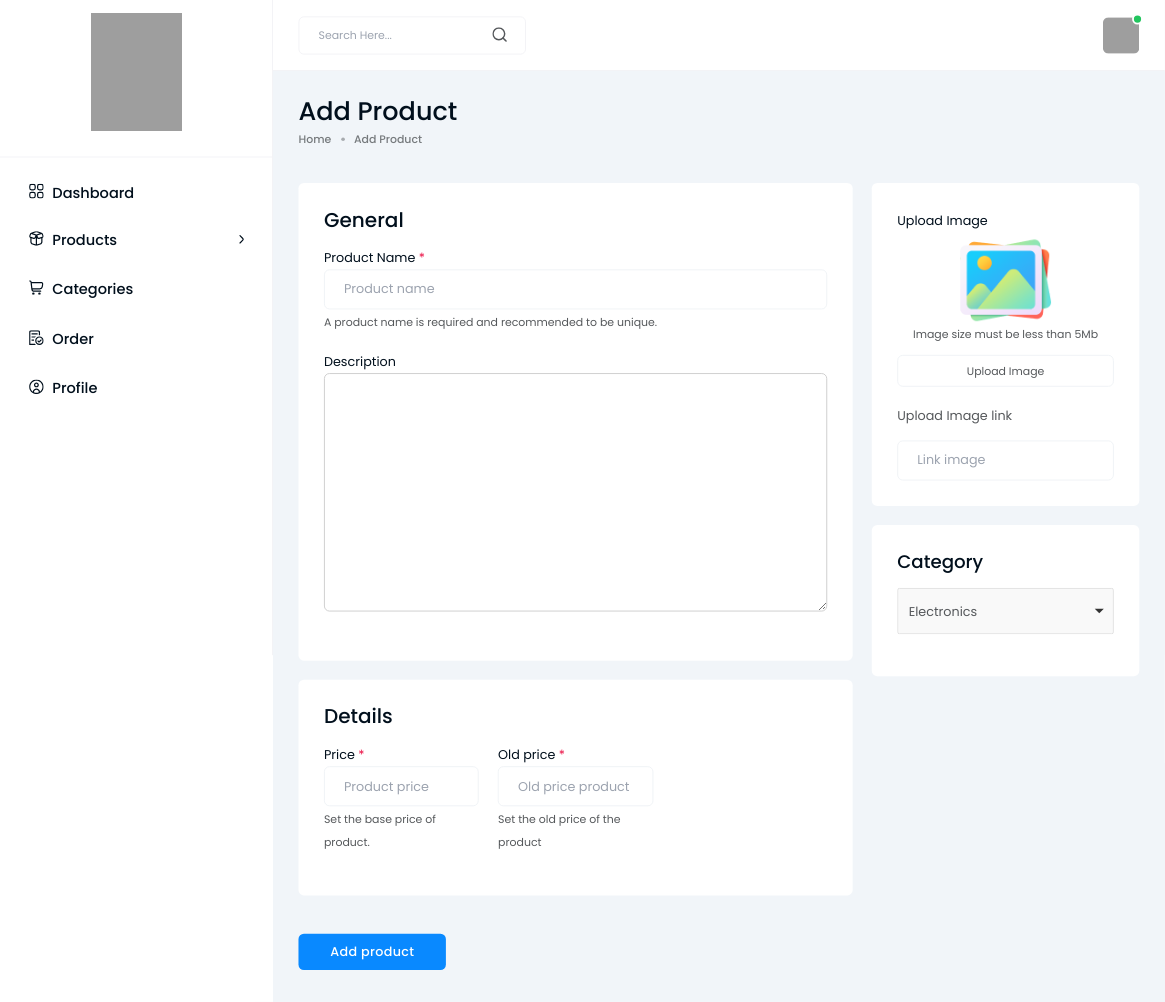
Repository: tienaq123/DuAn_1
Page: http://localhost/Duan1/Admin/add-product.php
These files come from the project's save history. The page is drawn as it stood at one moment and after the next save; the edit follows.
The browser window is 1280 px wide. The pictures show the whole page, at 91% of full size.
Pictures or frames that could not be fetched are drawn as grey boxes. The page is run by PHP 8.4 with error messages shown; the project is at /var/www/html/.

Above is the page before, as saved 2023-07-21 18:11:04.

### Admin/add-product.php
<?php
require_once('./function.php');
$conn = connectToDatabase();
?>
<!DOCTYPE html>
<html lang="en">
<!-- Mirrored from weblearnbd.net/tphtml/ebazer/add-product.html by HTTrack Website Copier/3.x [XR&CO'2014], Fri, 14 Jul 2023 14:34:45 GMT -->

<head>
  <meta charset="UTF-8" />
  <meta http-equiv="X-UA-Compatible" content="IE=edge" />
  <meta name="viewport" content="width=device-width, initial-scale=1.0" />
  <title>ADMIN Cake</title>
  <link rel="shortcut icon" href="./../Public/img/favicon/favicon.ico" type="image/x-icon" />

  <!-- css links -->
  <link rel="stylesheet" href="assets/css/perfect-scrollbar.css" />
  <link rel="stylesheet" href="assets/css/choices.css" />
  <link rel="stylesheet" href="assets/css/apexcharts.css" />
  <link rel="stylesheet" href="assets/css/quill.css" />
  <link rel="stylesheet" href="assets/css/rangeslider.css" />
  <link rel="stylesheet" href="assets/css/custom.css" />
  <link rel="stylesheet" href="assets/css/main.css" />
</head>

<body>
  <!--  -->
  <div class="tp-main-wrapper bg-slate-100 h-screen" x-data="{ sideMenu: false }">
    <?php
    include '../Template/sideMenu.php'
    ?>

    <div class="fixed top-0 left-0 w-full h-full z-40 bg-black/70 transition-all duration-300" :class="sideMenu ? 'visible opacity-1' : '  invisible opacity-0 '" x-on:click="sideMenu = ! sideMenu"></div>

    <div class="tp-main-content lg:ml-[250px] xl:ml-[300px] w-[calc(100% - 300px)]" x-data="{ searchOverlay: false }">
      <header class="relative z-10 bg-white border-b border-gray border-solid py-5 px-8 pr-8">
        <div class="flex justify-between">
          <div class="flex items-center space-x-6 lg:space-x-0">
            <button type="button" class="block lg:hidden text-2xl text-black" x-on:click="sideMenu = ! sideMenu">
              <svg width="20" height="12" viewBox="0 0 20 12" fill="none" xmlns="http://www.w3.org/2000/svg">
                <path d="M1 1H19" stroke="currentColor" stroke-width="1.5" stroke-linecap="round" />
                <path d="M1 6H19" stroke="currentColor" stroke-width="1.5" stroke-linecap="round" />
                <path d="M1 11H19" stroke="currentColor" stroke-width="1.5" stroke-linecap="round" />
              </svg>
            </button>
            <div class="w-[30%] hidden md:block">
              <form action="#">
                <div class="w-[250px] relative">
                  <input class="input h-12 w-full pr-[45px]" type="text" placeholder="Search Here..." />
                  <button class="absolute top-1/2 right-6 translate-y-[-50%] hover:text-theme">
                    <svg class="-translate-y-[2px]" width="16" height="16" viewBox="0 0 20 20" fill="none" xmlns="http://www.w3.org/2000/svg">
                      <path d="M9 17C13.4183 17 17 13.4183 17 9C17 4.58172 13.4183 1 9 1C4.58172 1 1 4.58172 1 9C1 13.4183 4.58172 17 9 17Z" stroke="currentColor" stroke-width="2" stroke-linecap="round" stroke-linejoin="round"></path>
                      <path d="M18.9999 19L14.6499 14.65" stroke="currentColor" stroke-width="2" stroke-linecap="round" stroke-linejoin="round"></path>
                    </svg>
                  </button>
                </div>
              </form>
            </div>
          </div>

          <div class="flex items-center justify-end space-x-6">
            <div class="md:hidden">
              <button class="relative w-[40px] h-[40px] leading-[40px] rounded-md text-textBody border border-gray hover:bg-themeLight hover:text-theme hover:border-themeLight" x-on:click="searchOverlay = ! searchOverlay">
                <svg class="-translate-y-[2px]" width="16" height="16" viewBox="0 0 20 20" fill="none" xmlns="http://www.w3.org/2000/svg">
                  <path d="M9 17C13.4183 17 17 13.4183 17 9C17 4.58172 13.4183 1 9 1C4.58172 1 1 4.58172 1 9C1 13.4183 4.58172 17 9 17Z" stroke="currentColor" stroke-width="2" stroke-linecap="round" stroke-linejoin="round"></path>
                  <path d="M18.9999 19L14.6499 14.65" stroke="currentColor" stroke-width="2" stroke-linecap="round" stroke-linejoin="round"></path>
                </svg>
              </button>
            </div>

            <div class="relative w-[70%] flex justify-end items-center" x-data="{ userOption: false }">
              <button class="relative" type="button" x-on:click="userOption = ! userOption">
                <img class="w-[40px] h-[40px] rounded-md" src="assets/img/users/user-10.jpg" alt="" />
                <span class="w-[12px] h-[12px] inline-block bg-green-500 rounded-full absolute -top-[4px] -right-[4px] border-[2px] border-white"></span>
              </button>
              <div x-show="userOption" x-on:click.outside="userOption = false" x-transition:enter="transition ease-out duration-200 origin-top" x-transition:enter-start="opacity-0 scale-y-90" x-transition:enter-end="opacity-100 scale-y-100" x-transition:leave="transition ease-in duration-200 origin-top" x-transition:leave-start="opacity-100 scale-y-200" x-transition:leave-end="opacity-0 scale-y-90" class="absolute w-[280px] top-full right-0 shadow-lg rounded-md bg-white py-5 px-5">
                <div class="flex items-center space-x-3 border-b border-gray pb-3 mb-2">
                  <div class="">
                    <img class="w-[50px] h-[50px] rounded-md" src="assets/img/users/user-10.jpg" alt="" />
                  </div>
                  <div class="">
                    <h5 class="text-base mb-1 leading-none">Shahnewaz</h5>
                    <p class="mb-0 text-tiny leading-none">
                      shahnewaz@mail.com
                    </p>
                  </div>
                </div>
                <ul>
                  <li>
                    <a href="index.html" class="px-5 py-2 w-full block hover:bg-gray rounded-md hover:text-theme text-base">Dashboard</a>
                  </li>
                  <li>
                    <a href="profile.html" class="px-5 py-2 w-full block hover:bg-gray rounded-md hover:text-theme text-base">
                      Account Settings
                    </a>
                  </li>
                  <li>
                    <a href="login.html" class="px-5 py-2 w-full block hover:bg-gray rounded-md hover:text-theme text-base">
                      Logout
                    </a>
                  </li>
                </ul>
              </div>
            </div>
          </div>
        </div>

        <!-- search -->
        <div class="fixed top-0 left-0 w-full bg-white p-10 z-50 transition-transform duration-300 md:hidden" :class="searchOverlay ? 'translate-y-[0px]' : ' -translate-y-[230px] lg:translate-y-[0]'">
          <form action="#">
            <div class="relative mb-3">
              <input class="input h-12 w-full pr-[45px]" type="text" placeholder="Search Here..." />
              <button class="absolute top-1/2 right-6 translate-y-[-50%] hover:text-theme">
                <svg class="-translate-y-[2px]" width="16" height="16" viewBox="0 0 20 20" fill="none" xmlns="http://www.w3.org/2000/svg">
                  <path d="M9 17C13.4183 17 17 13.4183 17 9C17 4.58172 13.4183 1 9 1C4.58172 1 1 4.58172 1 9C1 13.4183 4.58172 17 9 17Z" stroke="currentColor" stroke-width="2" stroke-linecap="round" stroke-linejoin="round"></path>
                  <path d="M18.9999 19L14.6499 14.65" stroke="currentColor" stroke-width="2" stroke-linecap="round" stroke-linejoin="round"></path>
                </svg>
              </button>
            </div>
          </form>
          <div class="">
            <span class="text-tiny mr-2">Keywords :</span>
            <a href="#" class="inline-block px-3 py-1 border border-gray6 text-tiny leading-none rounded-[4px] hover:text-white hover:bg-theme hover:border-theme">Customer</a>
            <a href="#" class="inline-block px-3 py-1 border border-gray6 text-tiny leading-none rounded-[4px] hover:text-white hover:bg-theme hover:border-theme">Product</a>
            <a href="#" class="inline-block px-3 py-1 border border-gray6 text-tiny leading-none rounded-[4px] hover:text-white hover:bg-theme hover:border-theme">Orders</a>
          </div>
        </div>
        <div class="fixed top-0 left-0 w-full h-full z-40 bg-black/70 transition-all duration-300" :class="searchOverlay ? 'visible opacity-1' : '  invisible opacity-0 '" x-on:click="searchOverlay = ! searchOverlay"></div>
      </header>

      <div class="body-content px-8 py-8 bg-slate-100">
        <div class="grid grid-cols-12">
          <div class="col-span-12 2xl:col-span-10">
            <div class="flex justify-between mb-10 items-end flex-wrap">
              <div class="page-title mb-6 sm:mb-0">
                <h3 class="mb-0 text-[28px]">Add Product</h3>
                <ul class="text-tiny font-medium flex items-center space-x-3 text-text3">
                  <li class="breadcrumb-item text-muted">
                    <a href="product-list.html" class="text-hover-primary">
                      Home</a>
                  </li>
                  <li class="breadcrumb-item flex items-center">
                    <span class="inline-block bg-text3/60 w-[4px] h-[4px] rounded-full"></span>
                  </li>
                  <li class="breadcrumb-item text-muted">Add Product</li>
                </ul>
              </div>

            </div>
          </div>
        </div>

        <!-- add product -->

        <?php
        // Kiểm tra xem người dùng đã nhấn nút "Add" hay chưa
        if (isset($_POST['add_product'])) {
          // Gọi hàm addProduct để thêm sản phẩm vào database
          addProduct($conn, $_POST);
        }
        ?>
        <div class="grid grid-cols-12">
          <div class="col-span-12 2xl:col-span-10" x-data="{ addProductTab: 1 }">

            <div class="">
              <!-- general tab content -->
              <div class="" x-show="addProductTab === 1">
                <div class="" x-show="addProductTab === 1">
                  <form method="POST">
                    <div class="grid grid-cols-12 gap-6 mb-6">
                      <div class="col-span-12 xl:col-span-8 2xl:col-span-9">
                        <div class="mb-6 bg-white px-8 py-8 rounded-md">
                          <h4 class="text-[22px]">General</h4>
                          <!-- input -->
                          <div class="mb-5">
                            <p class="mb-0 text-base text-black">
                              Product Name <span class="text-red">*</span>
                            </p>
                            <input class="input w-full h-[44px] rounded-md border border-gray6 px-6 text-base" type="text" placeholder="Product name" name="product_name" />
                            <span class="text-tiny">A product name is required and recommended to be
                              unique.</span>
                          </div>
                          <div class="mb-5">
                            <p class="mb-0 text-base text-black">Description</p>
                            <textarea style="width: 100%; border: 1px solid #ccc; border-radius: 6px;" id="" cols="30" rows="10" name="description"></textarea>
                          </div>
                        </div>
                        <div class="bg-white px-8 py-8 rounded-md mb-6">
                          <h4 class="text-[22px]">Details</h4>

                          <div class="grid sm:grid-cols-2 lg:grid-cols-2 xl:grid-cols-3 2xl:grid-cols-4 gap-x-6">
                            <div class="mb-5">
                              <p class="mb-0 text-base text-black">
                                Price <span class="text-red">*</span>
                              </p>
                              <input class="input w-full h-[44px] rounded-md border border-gray6 px-6 text-base" type="text" placeholder="Product price" name="price" />
                              <span class="text-tiny leading-4">Set the base price of product.</span>
                            </div>
                            <!-- input -->
                            <div class="mb-5">
                              <p class="mb-0 text-base text-black">
                                Old price <span class="text-red">*</span>
                              </p>
                              <input class="input w-full h-[44px] rounded-md border border-gray6 px-6 text-base" type="text" placeholder="Old price product" name="old_price" />
                              <span class="text-tiny leading-4">Set the old price of the product</span>
                            </div>
                          </div>
                        </div>
                      </div>
                      <div class="col-span-12 xl:col-span-4 2xl:col-span-3">
                        <div class="bg-white px-8 py-8 rounded-md mb-6">
                          <p class="mb-2 text-base text-black">Upload Image</p>
                          <div class="text-center">
                            <img class="w-[100px] h-auto mx-auto" src="assets/img/icons/upload.png" alt="" />
                          </div>
                          <span class="text-tiny text-center w-full inline-block mb-3">Image size must be less than
                            5Mb</span>
                          <div class="">
                            <div>
                              <input type="file" id="productImage" class="hidden" />
                              <label for="productImage" class="text-tiny w-full inline-block py-1 px-4 rounded-md border border-gray6 text-center hover:cursor-pointer hover:bg-theme hover:text-white hover:border-theme transition">Upload
                                Image</label>
                            </div>
                          </div>

                          <div>
                            <p class="mt-5">Upload Image link</p>
                            <input class="input w-full h-[44px] rounded-md border border-gray6 px-6 text-base" type="text" placeholder="Link image" name="thumbnail" />
                          </div>
                        </div>
                        <div class="bg-white px-8 py-8 rounded-md mb-6">
                          <h4 class="mb-5 text-black">Category</h4>
                          <div class=" gap-3 mb-5">
                            <div style="width: 100%" class="category-select select-bordered">
                              <!-- <h5 class=" mb-1">Category</h5> -->
                              <select style="width: 100%" name="category">
                                <option value="1">Electronics</option>
                                <option value="2">Fashion</option>
                                <option value="3">Jewellery</option>
                              </select>
                            </div>
                          </div>

                        </div>

                      </div>
                    </div>

                    <button type="submit" name="add_product" class="tp-btn px-10 py-2 mb-2">Add product</button>
                  </form>
                </div>
              </div>
              <!-- general tab content -->
              <div class="" x-show="addProductTab === 2"></div>
            </div>
          </div>
        </div>
      </div>
    </div>
  </div>

  <script src="assets/js/alpine.js"></script>
  <script src="assets/js/perfect-scrollbar.js"></script>
  <script src="assets/js/choices.js"></script>
  <script src="assets/js/chart.js"></script>
  <script src="assets/js/apexchart.js"></script>
  <script src="assets/js/quill.js"></script>
  <script src="assets/js/rangeslider.min.js"></script>
  <script src="assets/js/main.js"></script>
</body>

<!-- Mirrored from weblearnbd.net/tphtml/ebazer/add-product.html by HTTrack Website Copier/3.x [XR&CO'2014], Fri, 14 Jul 2023 14:34:47 GMT -->

</html>

### Admin/function.php
<?php
// Kết nối tới database (có thể chuyển phần kết nối vào một file riêng nếu muốn)
function connectToDatabase()
{
    $servername = "localhost"; // Tên máy chủ MySQL, thường là localhost nếu bạn đang chạy trên cùng máy tính.
    $username = "root"; // Tên người dùng MySQL.
    $password = ""; // Mật khẩu của người dùng MySQL.
    $dbname = "du_an_1"; // Tên cơ sở dữ liệu MySQL mà bạn muốn kết nối.

    // Tạo kết nối
    $conn = mysqli_connect($servername, $username, $password, $dbname);

    // Kiểm tra kết nối
    if (!$conn) {
        die("Kết nối thất bại: " . mysqli_connect_error());
    }

    return $conn;
}

// Hàm hiển thị danh sách sản phẩm
function displayProducts($conn)
{
    $sql = "SELECT * FROM Product";
    $result = mysqli_query($conn, $sql);

    // Xử lý dữ liệu và hiển thị sản phẩm
    // ...
}

// Hàm thêm sản phẩm mới
function addProduct($conn, $productData)

{
    // Trích xuất thông tin sản phẩm từ dữ liệu post (gửi từ form)
    $title = $productData['product_name'];
    $description = $productData['description'];
    $price = $productData['price'];
    $old_price = $productData['old_price'];
    $thumbnail = $productData['thumbnail'];
    $category_id = $productData['category'];
    // Thêm trường created_at vào dữ liệu post
    $created_at = date('Y-m-d H:i:s'); // Lấy thời gian hiện tại
    $productData['created_at'] = $created_at;

    // Chuẩn bị truy vấn SQL để thêm sản phẩm vào bảng Product
    $sql = "INSERT INTO Product (title, description, price, old_price, thumbnail, category_id, created_at)
            VALUES ('$title', '$description', $price, $old_price, $thumbnail, $category_id, '$created_at')";

    // Thực thi truy vấn
    if (mysqli_query($conn, $sql)) {
        // Nếu thêm thành công, bạn có thể thêm mã xử lý để hiển thị thông báo hoặc chuyển hướng người dùng
        echo "Thêm sản phẩm thành công!";
        // Hoặc chuyển hướng về trang danh sách sản phẩm sau khi thêm thành công
        // header("Location: http://localhost/Duan1/Admin/product.php");
    } else {
        // Nếu có lỗi xảy ra trong quá trình thêm, bạn có thể hiển thị thông báo hoặc xử lý lỗi ở đây
        echo "Lỗi: " . mysqli_error($conn);
    }
}

// Hàm sửa thông tin sản phẩm
function editProduct($conn, $product_id, $category_id, $title, $price, $old_price, $thumbnail, $description)
{
    $sql = "UPDATE Product SET category_id='$category_id', title='$title', price='$price', old_price='$old_price',
            thumbnail='$thumbnail', description='$description' WHERE id='$product_id'";

    if (mysqli_query($conn, $sql)) {
        // Sửa thành công
        return true;
    } else {
        // Có lỗi xảy ra
        return false;
    }
}

// Hàm xóa sản phẩm
function deleteProduct($conn, $product_id)
{
    $sql = "DELETE FROM Product WHERE id = $product_id";

    if (mysqli_query($conn, $sql)) {
        // Xóa thành công
        return true;
    } else {
        // Có lỗi xảy ra
        return false;
    }
}

// Các chức năng khác (nếu cần)

### Admin/assets/css/perfect-scrollbar.css
/*
 * Container style
 */
.ps {
  overflow: hidden !important;
  overflow-anchor: none;
  -ms-overflow-style: none;
  touch-action: auto;
  -ms-touch-action: auto;
}

/*
 * Scrollbar rail styles
 */
.ps__rail-x {
  display: none;
  opacity: 0;
  transition: background-color .2s linear, opacity .2s linear;
  -webkit-transition: background-color .2s linear, opacity .2s linear;
  height: 15px;
  /* there must be 'bottom' or 'top' for ps__rail-x */
  bottom: 0px;
  /* please don't change 'position' */
  position: absolute;
}

.ps__rail-y {
  display: none;
  opacity: 0;
  transition: background-color .2s linear, opacity .2s linear;
  -webkit-transition: background-color .2s linear, opacity .2s linear;
  width: 15px;
  /* there must be 'right' or 'left' for ps__rail-y */
  right: 0;
  /* please don't change 'position' */
  position: absolute;
}

.ps--active-x > .ps__rail-x,
.ps--active-y > .ps__rail-y {
  display: block;
  background-color: transparent;
}

.ps:hover > .ps__rail-x,
.ps:hover > .ps__rail-y,
.ps--focus > .ps__rail-x,
.ps--focus > .ps__rail-y,
.ps--scrolling-x > .ps__rail-x,
.ps--scrolling-y > .ps__rail-y {
  opacity: 0.6;
}

.ps .ps__rail-x:hover,
.ps .ps__rail-y:hover,
.ps .ps__rail-x:focus,
.ps .ps__rail-y:focus,
.ps .ps__rail-x.ps--clicking,
.ps .ps__rail-y.ps--clicking {
  background-color: #eee;
  opacity: 0.9;
}

/*
 * Scrollbar thumb styles
 */
.ps__thumb-x {
  background-color: #aaa;
  border-radius: 6px;
  transition: background-color .2s linear, height .2s ease-in-out;
  -webkit-transition: background-color .2s linear, height .2s ease-in-out;
  height: 6px;
  /* there must be 'bottom' for ps__thumb-x */
  bottom: 2px;
  /* please don't change 'position' */
  position: absolute;
}

.ps__thumb-y {
  background-color: #aaa;
  border-radius: 6px;
  transition: background-color .2s linear, width .2s ease-in-out;
  -webkit-transition: background-color .2s linear, width .2s ease-in-out;
  width: 6px;
  /* there must be 'right' for ps__thumb-y */
  right: 2px;
  /* please don't change 'position' */
  position: absolute;
}

.ps__rail-x:hover > .ps__thumb-x,
.ps__rail-x:focus > .ps__thumb-x,
.ps__rail-x.ps--clicking .ps__thumb-x {
  background-color: #999;
  height: 11px;
}

.ps__rail-y:hover > .ps__thumb-y,
.ps__rail-y:focus > .ps__thumb-y,
.ps__rail-y.ps--clicking .ps__thumb-y {
  background-color: #999;
  width: 11px;
}

/* MS supports */
@supports (-ms-overflow-style: none) {
  .ps {
    overflow: auto !important;
  }
}

@media screen and (-ms-high-contrast: active), (-ms-high-contrast: none) {
  .ps {
    overflow: auto !important;
  }
}

Loaded but not shown: Admin/assets/css/choices.css (library); Admin/assets/js/alpine.js (library); Admin/assets/js/choices.js (library); Admin/assets/js/chart.js (library); Admin/assets/js/apexchart.js (library); Admin/assets/js/quill.js (library); Admin/assets/js/rangeslider.min.js (library); Admin/assets/js/perfect-scrollbar.js (1348 lines, source omitted); Admin/assets/js/main.js (724 lines, source omitted); Admin/assets/css/main.css (2953 lines, source omitted); Admin/assets/css/quill.css (1108 lines, source omitted); Admin/assets/css/apexcharts.css (581 lines, source omitted); Template/sideMenu.php (111 lines, source omitted); Admin/assets/css/rangeslider.css (221 lines, source omitted); Public/css/custom.css (no copy from this time; the picture is the same without it)

After the next save:
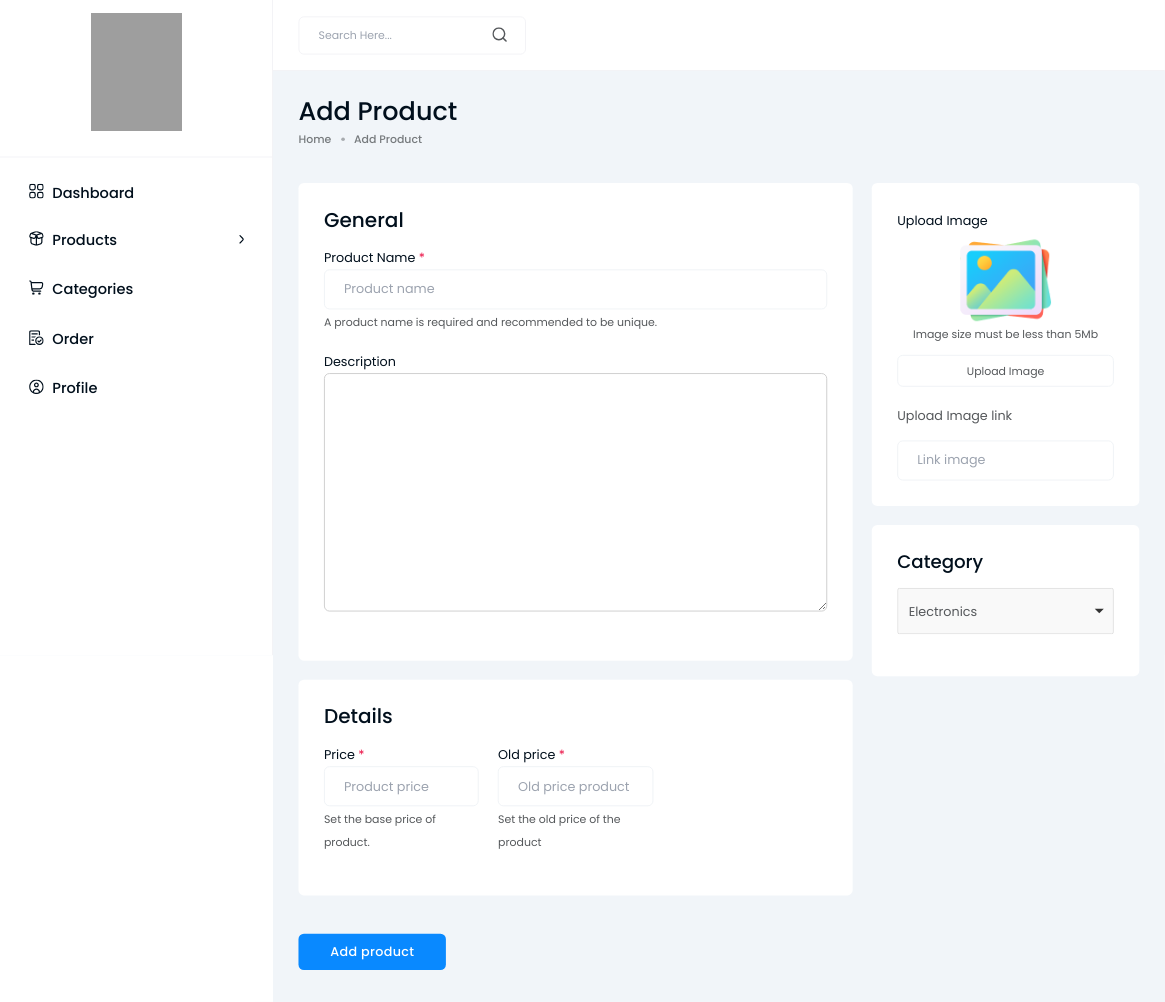
Saved 72 s later.
--- a/Admin/add-product.php
+++ b/Admin/add-product.php
@@ -68,7 +68,7 @@ $conn = connectToDatabase();
               </button>
             </div>
 
-            <div class="relative w-[70%] flex justify-end items-center" x-data="{ userOption: false }">
+            <!-- <div class="relative w-[70%] flex justify-end items-center" x-data="{ userOption: false }">
               <button class="relative" type="button" x-on:click="userOption = ! userOption">
                 <img class="w-[40px] h-[40px] rounded-md" src="assets/img/users/user-10.jpg" alt="" />
                 <span class="w-[12px] h-[12px] inline-block bg-green-500 rounded-full absolute -top-[4px] -right-[4px] border-[2px] border-white"></span>
@@ -101,7 +101,7 @@ $conn = connectToDatabase();
                   </li>
                 </ul>
               </div>
-            </div>
+            </div> -->
           </div>
         </div>
 
